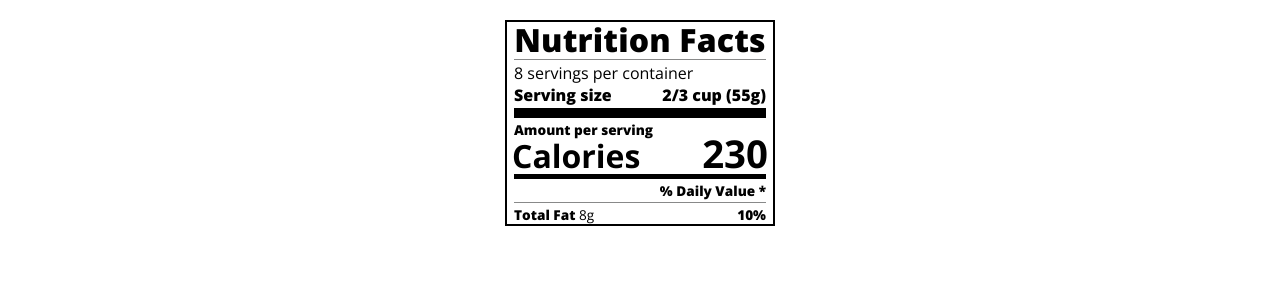
Repository: AimenDje/NutritionLabel
Page: index.html
An editor plug-in stored every save of this project. The page is shown before and after the next save, followed by the edit.
The browser window is 1280 px wide. The pictures show the whole page.

Above is the page before, as saved 2025-08-30 22:43:09.

After the next save:
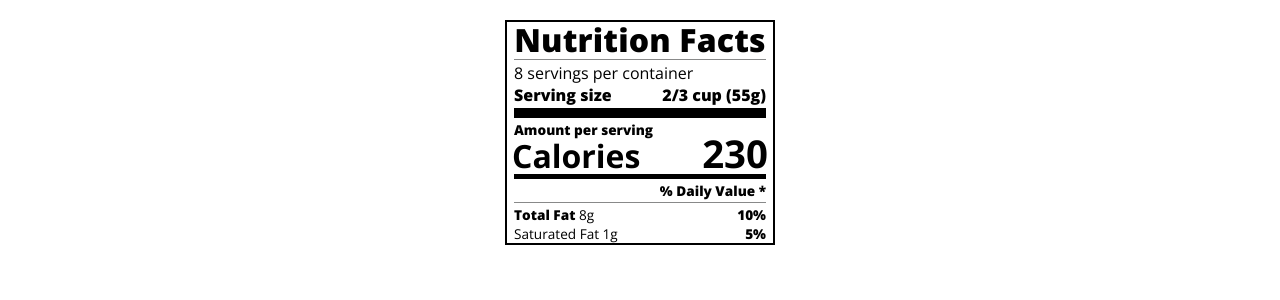
Saved 2 min 17 s later.
--- a/index.html
+++ b/index.html
@@ -30,6 +30,7 @@
       <p class="bold right">% Daily Value *</p>
       <div class="divider"></div>
       <p><span><span class="bold">Total Fat</span> 8g</span> <span class="bold">10%</span></p>
+      <p>Saturated Fat 1g <span class="bold">5% </span></p>
     </div>
   </div>
   </div>
